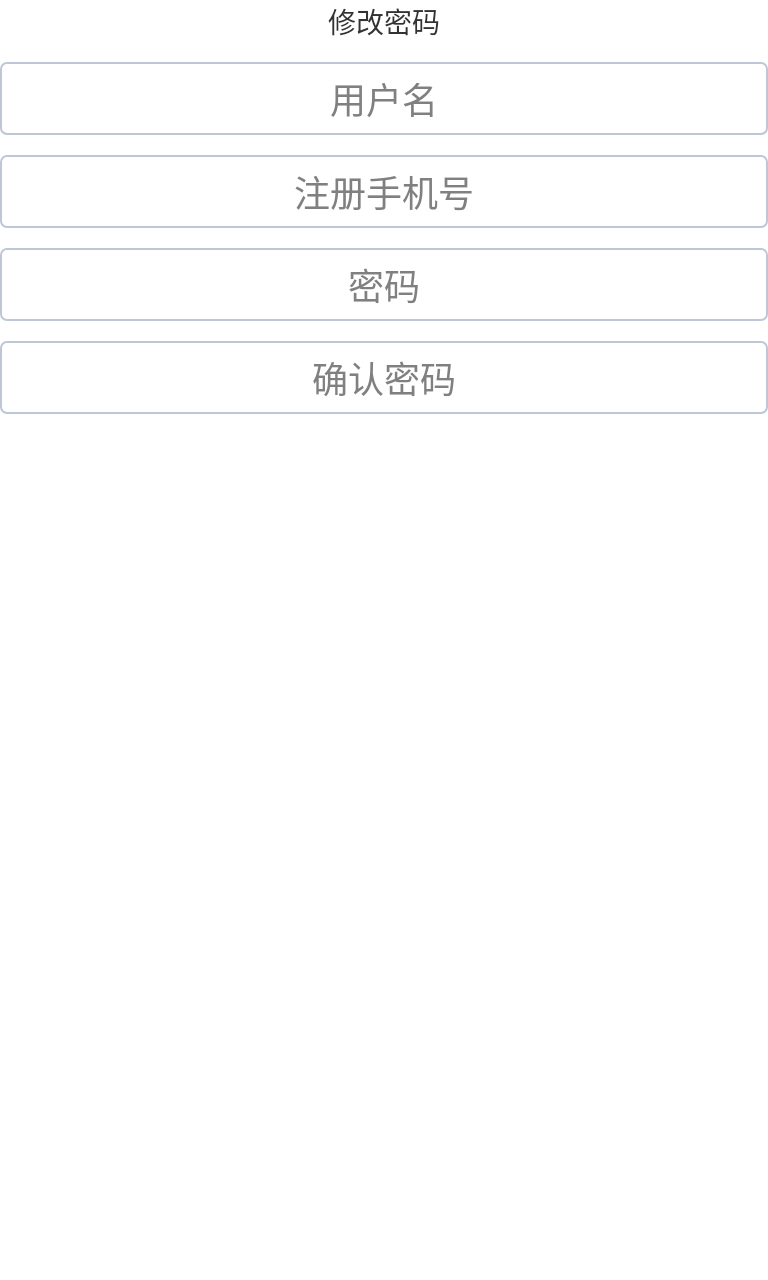
Repository: fatio/Nower
Layout: Android_Client_Source/EnjoyIt/res/layout/update_password_dialog.xml
The author's editor kept a copy of each file at every save. The layout is drawn from the files as they stood at one save, then again after the next save.
It is drawn on a 768 x 1280 px phone screen (xhdpi) without system bars, with theme AppTheme; the app's code is not run.

Above is the layout before, as saved 2015-12-28 11:52:55.

### Android_Client_Source/EnjoyIt/res/layout/update_password_dialog.xml
<?xml version="1.0" encoding="utf-8"?>
<LinearLayout xmlns:android="http://schemas.android.com/apk/res/android"
    android:layout_width="wrap_content"
    android:layout_height="wrap_content"
    android:orientation="vertical" >

    <TextView
        android:layout_width="match_parent"
        android:layout_height="wrap_content"
        android:gravity="center"
        android:text="修改密码" />

    <EditText
        android:id="@+id/et_username"
        android:layout_width="match_parent"
        android:layout_height="wrap_content"
        android:layout_marginTop="10dp"
        android:background="@drawable/bg_edittext"
        android:gravity="center"
        android:hint="用户名"
        android:padding="5dp" />

    <EditText
        android:id="@+id/et_phone"
        android:layout_width="match_parent"
        android:layout_height="wrap_content"
        android:layout_marginTop="10dp"
        android:background="@drawable/bg_edittext"
        android:gravity="center"
        android:hint="注册手机号"
        android:inputType="phone"
        android:padding="5dp" />

    <EditText
        android:id="@+id/et_password"
        android:layout_width="match_parent"
        android:layout_height="wrap_content"
        android:layout_marginTop="10dp"
        android:background="@drawable/bg_edittext"
        android:gravity="center"
        android:hint="密码"
        android:inputType="textPassword"
        android:padding="5dp" />

    <EditText
        android:id="@+id/et_repasword"
        android:layout_width="match_parent"
        android:layout_height="wrap_content"
        android:layout_marginTop="10dp"
        android:background="@drawable/bg_edittext"
        android:gravity="center"
        android:hint="确认密码"
        android:inputType="textPassword"
        android:padding="5dp" />

</LinearLayout>

### Android_Client_Source/EnjoyIt/res/values/styles.xml
<resources>




    <style name="like_toast_dialog_style">
        <item name="android:windowFrame">@null</item>
        <item name="android:windowIsFloating">true</item>
        <item name="android:windowIsTranslucent">true</item>
        <item name="android:windowNoTitle">true</item>
        <item name="android:backgroundDimEnabled">false</item>
        <item name="android:windowContentOverlay">@null</item>
        <item name="android:windowBackground">@drawable/round_background</item>
    </style>
    <style name="AnimBottom" parent="@android:style/Animation">
        <item name="android:windowEnterAnimation">@anim/push_bottom_in</item>
        <item name="android:windowExitAnimation">@anim/push_bottom_out</item>
    </style>

    <style name="PopupAnimation3" parent="android:Animation">
        <item name="android:windowEnterAnimation">@anim/push_bottom_in</item>
        <item name="android:windowExitAnimation">@anim/push_bottom_out</item>
    </style>

    <style name="PopupAnimation" mce_bogus="1" parent="android:Animation">
        <item name="android:windowEnterAnimation">@anim/activity_translate_in</item>
        <item name="android:windowExitAnimation">@anim/activity_translate_out</item>
    </style>

    <style name="PopupAnimation1" mce_bogus="1" parent="android:Animation">
        <item name="android:windowEnterAnimation">@anim/popup_enter</item>
        <item name="android:windowExitAnimation">@anim/popup_exit</item>
    </style>
    <!--
        Base application theme, dependent on API level. This theme is replaced
        by AppBaseTheme from res/values-vXX/styles.xml on newer devices.

    -->
    <style name="AppBaseTheme" parent="android:Theme.Light">
        <!--
            Theme customizations available in newer API levels can go in
            res/values-vXX/styles.xml, while customizations related to
            backward-compatibility can go here.

        -->
    </style>

    <!-- Application theme. -->
    <style name="AppTheme" parent="AppBaseTheme">
        <!-- All customizations that are NOT specific to a particular API-level can go here. -->
    </style>

</resources>

### Android_Client_Source/EnjoyIt/res/drawable/bg_edittext.xml
<?xml version="1.0" encoding="UTF-8"?>
<selector xmlns:android="http://schemas.android.com/apk/res/android">
    <item android:state_window_focused="false"
        android:drawable="@drawable/bg_edittext_normal" />
    <item android:state_focused="true"
        android:drawable="@drawable/bg_edittext_focused" />
</selector>

### Android_Client_Source/EnjoyIt/res/drawable/bg_edittext_normal.xml
<?xml version="1.0" encoding="UTF-8"?>
<shape xmlns:android="http://schemas.android.com/apk/res/android">
    <solid android:color="#FFFFFF" />
    <corners android:radius="3dip" />
    <stroke android:width="1dip" android:color="#BDC7D8" />
</shape>

### Android_Client_Source/EnjoyIt/res/drawable/bg_edittext_focused.xml
<?xml version="1.0" encoding="UTF-8"?>
<shape xmlns:android="http://schemas.android.com/apk/res/android">
    <solid android:color="#FFFFFF" />
    <corners android:radius="3dip" />
    <stroke android:width="1dip" android:color="#728ea3" />
</shape>

Loaded but not shown: Android_Client_Source/EnjoyIt/res/values-v11/styles.xml (common file); Android_Client_Source/EnjoyIt/res/values-v14/styles.xml (common file)

After the next save:
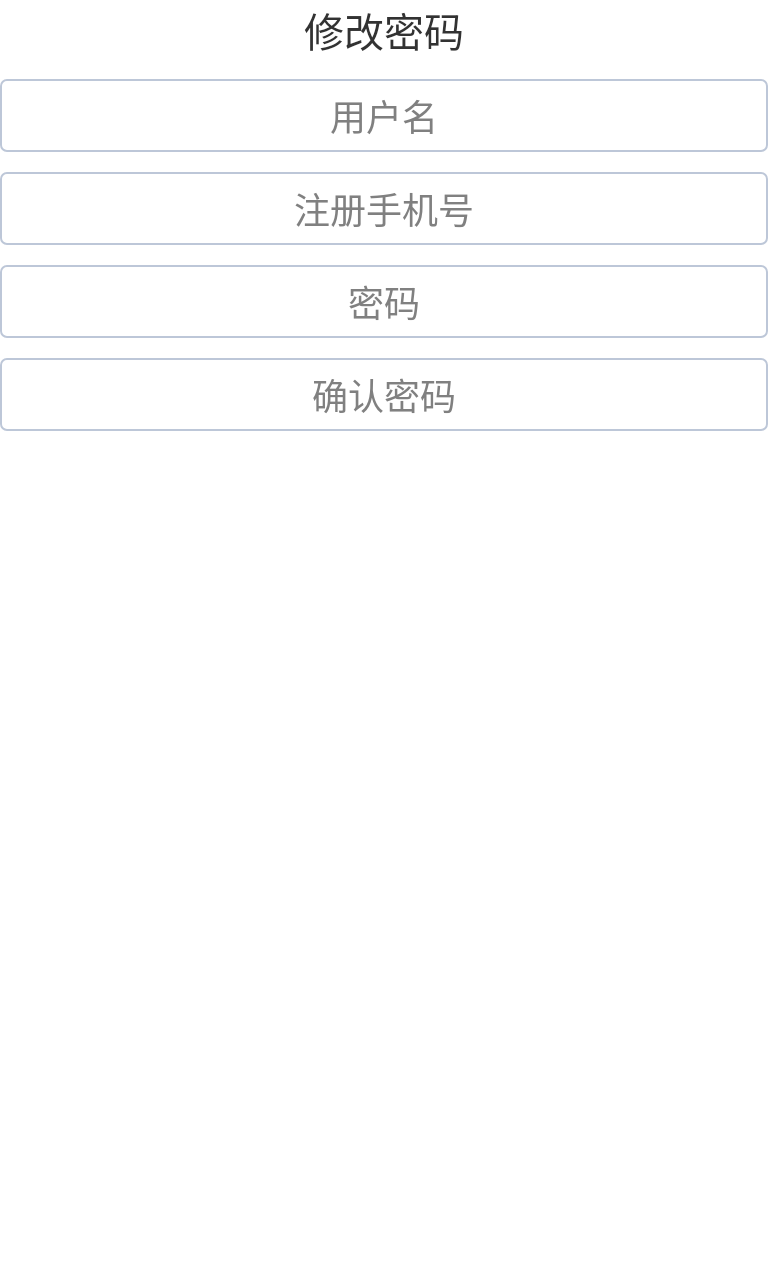
Saved 70 s later.
--- a/Android_Client_Source/EnjoyIt/res/layout/update_password_dialog.xml
+++ b/Android_Client_Source/EnjoyIt/res/layout/update_password_dialog.xml
@@ -8,6 +8,7 @@
         android:layout_width="match_parent"
         android:layout_height="wrap_content"
         android:gravity="center"
+        android:textSize="20sp"
         android:text="修改密码" />
 
     <EditText
